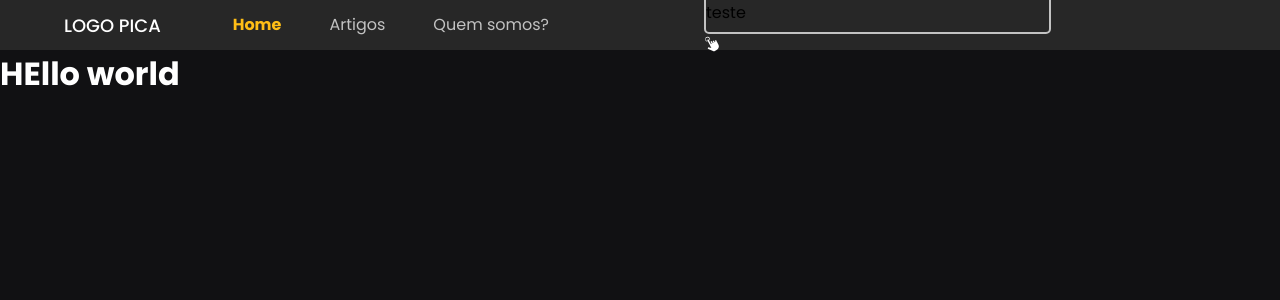
Repository: ArthurHendrich/Inepto
Page: /
These files come from the project's save history. The page is drawn as it stood at one moment and after the next save; the edit follows.
The browser window is 1280 px wide. The pictures show the whole page.
The project was rebuilt for these pictures with package versions that can differ from the ones it lists, and the page was loaded fresh each time. The framework's server and built-in components were replaced by stand-ins that run in the browser. Also part of the build but not shown: next.config.js.

Above is the page before, as saved 2022-07-06 19:11:14.

After the next save:
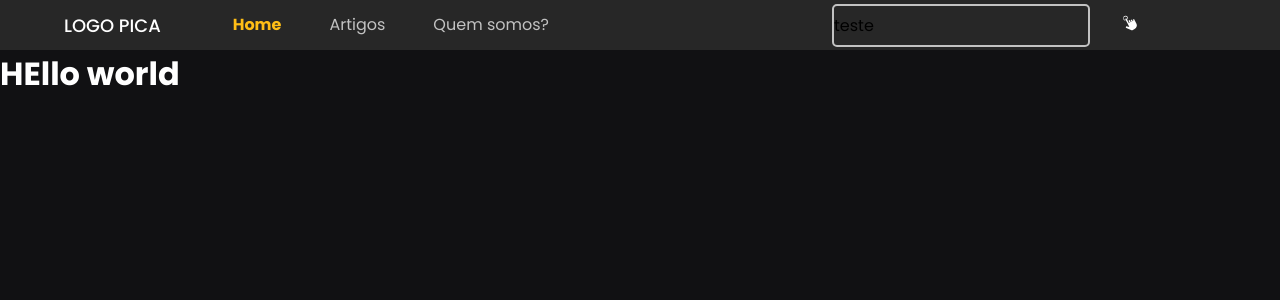
Saved 4 s later.
--- a/src/components/header/styles.module.scss
+++ b/src/components/header/styles.module.scss
@@ -63,7 +63,7 @@
       background: transparent;
       width: 70%;
       padding: 0.4375rem 0rem;
-      margin-right: 10rem;
+      margin-right: 2rem;
     }
   }
 }
